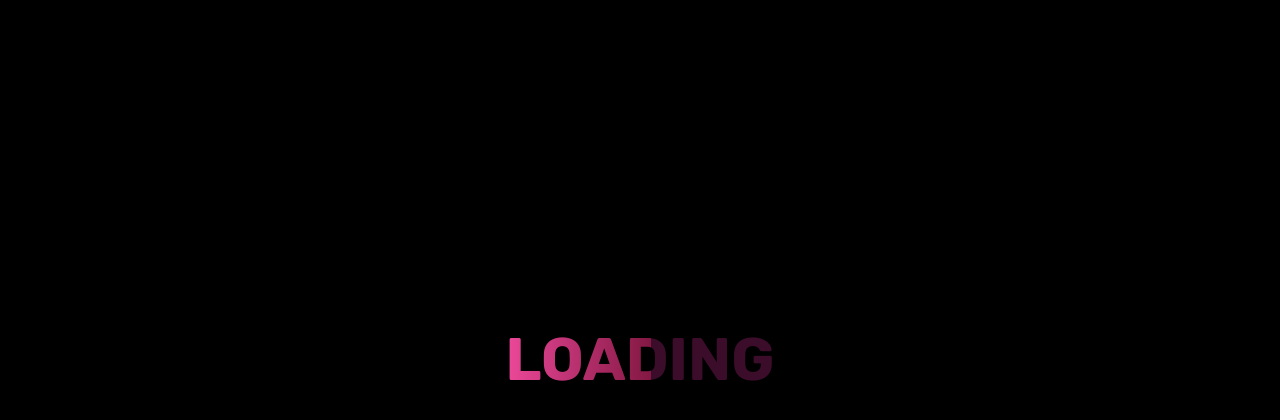
Repository: Shenixo/QuizApp
Page: /
These files come from the project's save history. The page is drawn as it stood at one moment and after a run of saves; the edit follows.
The browser window is 1280 px wide. The pictures show the whole page.
The page's requests for data from a server got no answer. The project was rebuilt for these pictures with package versions that can differ from the ones it lists, and the page was loaded fresh each time. No one was signed in, and anything a server would have sent is missing. Also part of the build but not shown: vite.config.js, src/App.css, src/Components/Navbar/Navbar.jsx, src/Components/Option/Option.jsx, src/Pages/Game/Game.jsx.

Above is the page before, as saved 2025-03-31 22:02:28.

After the next 4 saves:
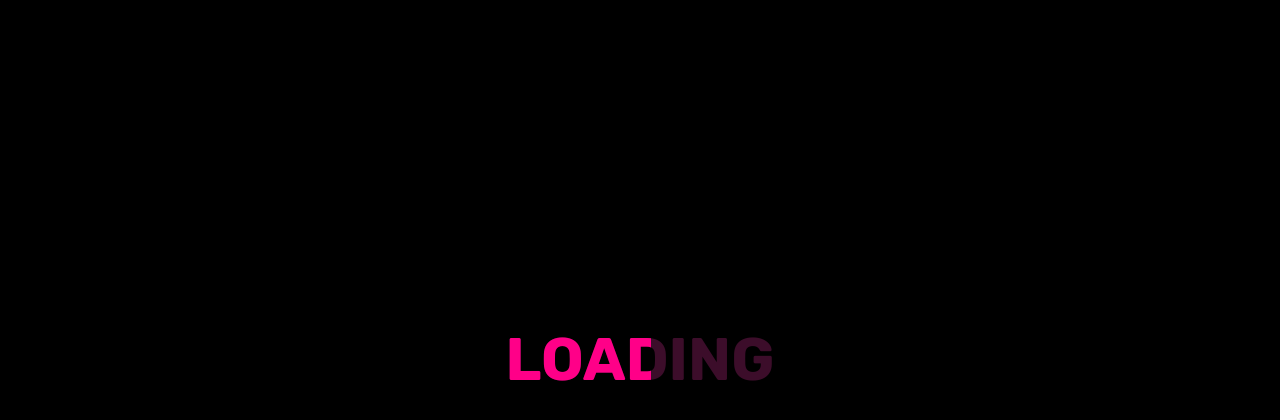
The 4 saves are shown as one change because they came seconds apart.
The last was saved 2 min 12 s later.
--- a/src/Pages/Progress/Progress.jsx
+++ b/src/Pages/Progress/Progress.jsx
@@ -19,7 +19,7 @@
       <div className="relative text-6xl font-bold">
         {/* Masked Text */}
         <h1
-          className="absolute inset-0 bg-gradient-to-r from-pink-500 to-pink-900 bg-clip-text text-transparent"
+          className="absolute inset-0 bg-[#ff0088] bg-clip-text text-transparent"
           style={{
             width: `${count}%`,
             whiteSpace: "nowrap",
